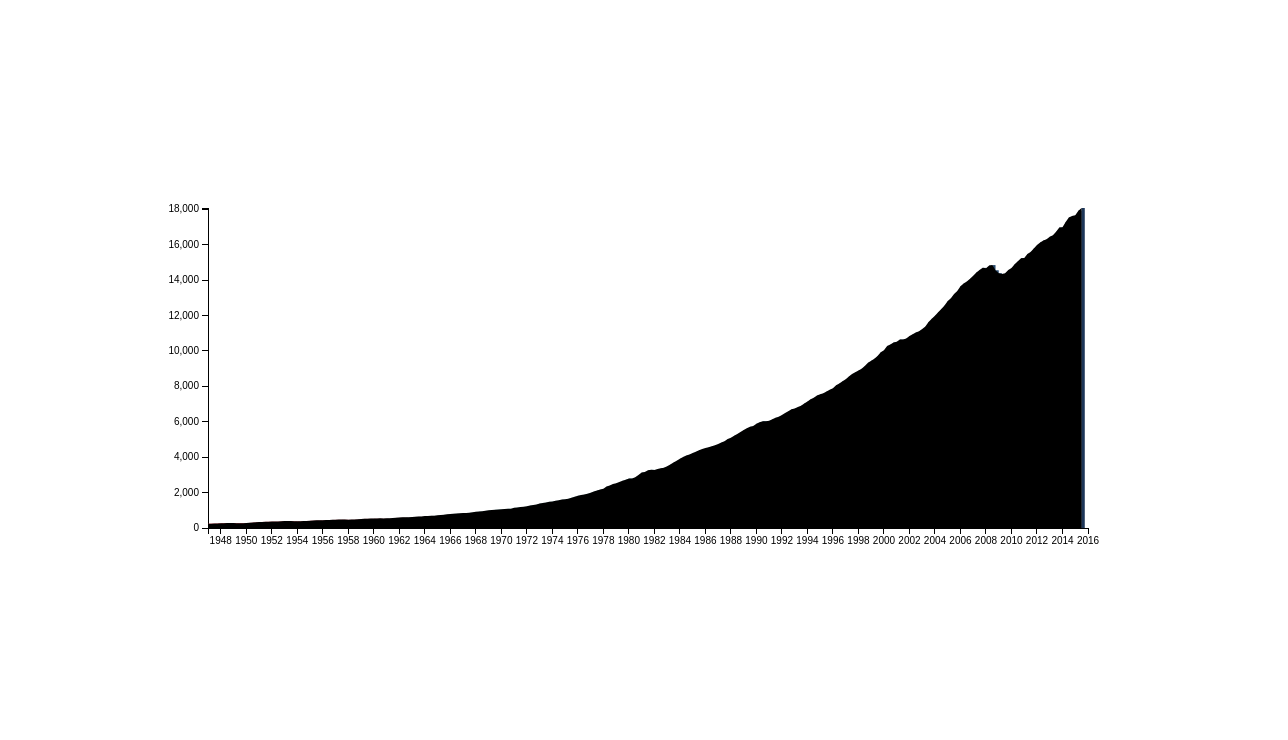
Repository: zizhang-AI/d3-barChart
Page: hello-world.html
The author's editor kept a record of every edit. The page is drawn from the files as they stood at one moment, then again after the next edit.
The browser window is 1280 px wide. The page is 1288 px wide, so the pictures cover 1288 px, including what lies to the right of the window. The pictures show the whole page.

Above is the page before.

After the next edit:
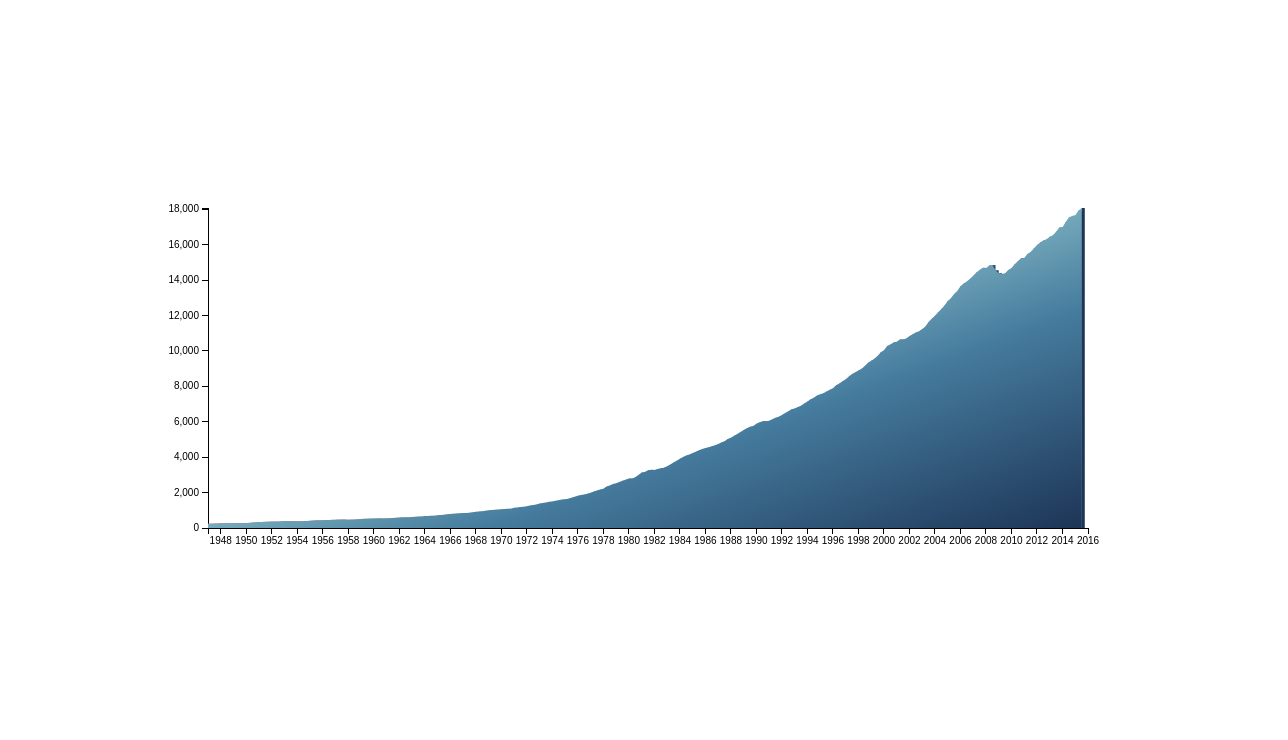
The edit:
--- a/hello-world.html
+++ b/hello-world.html
@@ -116,7 +116,7 @@
 						.y1(function(d) {return yScale(d[1]);});
 		svg.append('path')
 			.datum(data.data)
-			.attr('class', 'areaGradientFill')
+			.attr('class', 'area')
 			.attr('d',area);
 	}
 	</script>
